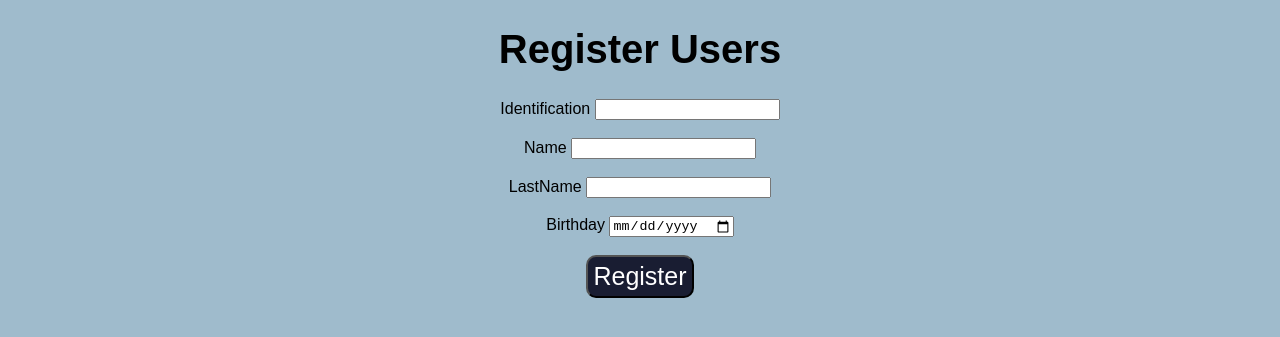
Repository: dimhernandezca/app-arquitectura-enlanube
Page: templates/register.html
The author's editor kept a record of every edit. The page is drawn from the files as they stood at one moment, then again after the next edit.
The browser window is 1280 px wide. The pictures show the whole page.

Above is the page before.

### templates/register.html
<!DOCTYPE html>
<html>
    <head>
        <meta http-equiv="content-type" content="text/html; charset=utf-8" />
        <title>Registrar Usuarios</title>
        <link rel="stylesheet" href="../static/css/styleRegister.css" type="text/css" />
        <script src="../static/js/appRegister.js" type="text/javascript" charset="utf-8"></script>

    </head>
    <body>
        <h1>Register Users</h1>
        <form>
            <label>Identification</label> <input type="number"/> <br> <br>
            <label>Name</label> <input type="text"/> <br> <br>
            <label>LastName</label> <input type="text"> <br> <br>
            <label>Birthday</label> <input type="date"> <br> <br>
            <button onClick = "registerUser()">Register</button>
        </form>

    </body>
</html>

### static/css/styleRegister.css
h1 {
    text-align: center;
    font-size: 40px;
}

body {
    background-color: #9FBBCC;
    font-family: Arial, sans-serif;
    justify-content: center;
}
button {
    font-size: 25px;
    background-color: #191D32;
    color: white;
    border-radius: 10px;
    padding: 5px;
    margin-left: 1%;
    margin-right: 1%;
}

form {
    text-align: center;
}

### static/js/appRegister.js
function registerUser(){
    alert("Registro de mascota Exitoso")
}

After the next edit:
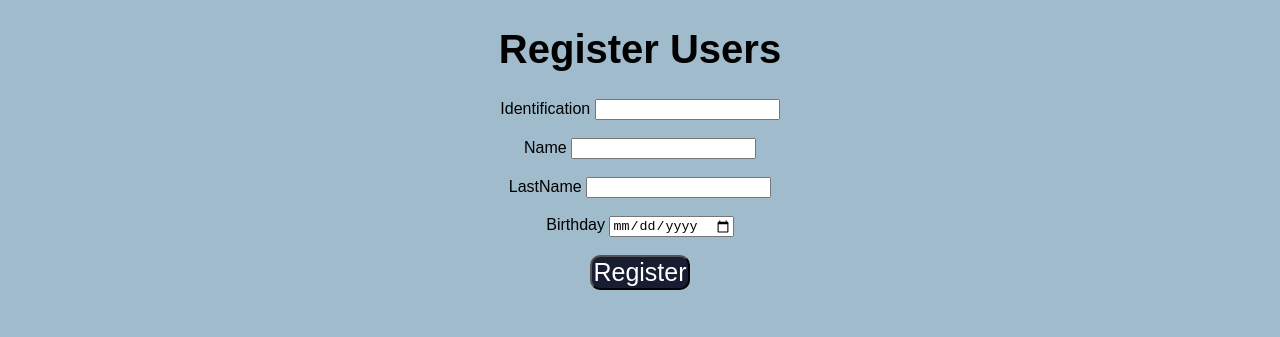
The edit:
--- a/static/css/styleRegister.css
+++ b/static/css/styleRegister.css
@@ -13,9 +13,9 @@
     background-color: #191D32;
     color: white;
     border-radius: 10px;
-    padding: 5px;
-    margin-left: 1%;
-    margin-right: 1%;
+    padding: 1px;
+    margin-left: 0.3%;
+    margin-right: 0.3%;
 }
 
 form {
